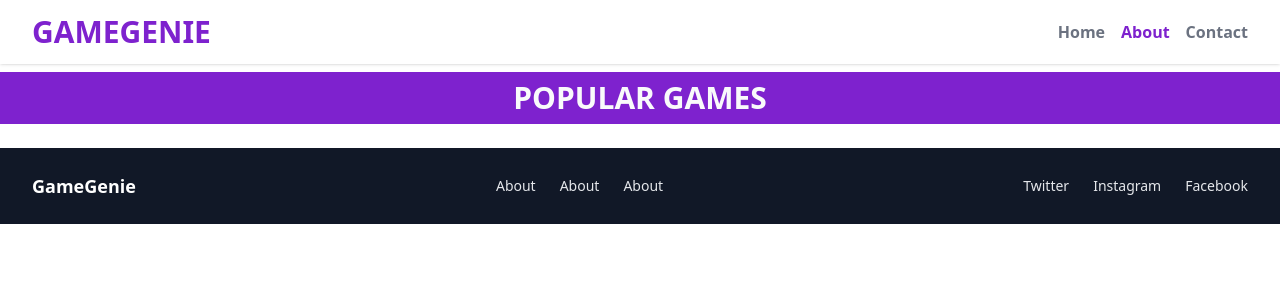
Repository: mfaeezshabbir/Gamegenie
Page: /allGames
An editor plug-in stored every save of this project. The page is shown before and after the next save, followed by the edit.
The browser window is 1280 px wide. The pictures show the whole page.
The page's requests for data from a server got no answer. The project was rebuilt for these pictures with package versions that can differ from the ones it lists, and the page was loaded fresh each time. The framework's server and built-in components were replaced by stand-ins that run in the browser. No one was signed in, and anything a server would have sent is missing. Also part of the build but not shown: next.config.js, components/GameCard/GameCard.jsx.

Above is the page before, as saved 2023-04-18 15:48:26.

### pages/_app.js
import Footer from "@/components/Footer/Footer";
import Header from "@/components/Header/Header";
import "@/styles/globals.css";

export default function App({ Component, pageProps }) {
  return (
    <>
      <Header />
      <Component {...pageProps} />
      <Footer />
    </>
  );
}

### pages/allGames.jsx
import { useEffect, useState } from "react";
import axios from "axios";
import GameCard from "../components/GameCard/GameCard";

export default function Home() {
  const [games, setGames] = useState([]);

  useEffect(() => {
    axios
      .get("/api/games")
      .then((response) => {
        setGames(response.data);
      })
      .catch((error) => {
        console.error(error);
      });
  }, []);

  return (
    <div className=" mt-2 " >
      <h1 className="text-3xl text-center bg-purple-700 p-2 uppercase font-bold text-gray-50 " >Popular Games</h1><br />
      <div className="grid grid-cols-1 sm:grid-cols-2 lg:grid-cols-3 gap-4">
        {games.map((game) => (
          <GameCard key={game.name} game={game} />
        ))}
      </div>
    </div>
  );
}

### components/Footer/Footer.jsx
import Link from 'next/link';

function Footer() {
  return (
    <footer className="bg-gray-900 text-gray-200 py-6 w-full">
      <div className="max-w-7xl mx-auto px-4 sm:px-6 lg:px-8 flex flex-wrap justify-between items-center">
        <div className="w-full sm:w-auto mb-4 sm:mb-0">
          <Link href="/" className="text-lg font-bold text-white hover:text-gray-400 transition-colors duration-300">
            GameGenie
          </Link>
        </div>
        <div className="w-full sm:w-auto text-sm">
          <ul className="flex flex-wrap gap-6">
            <li>
              <Link href="/about" className="hover:text-gray-400 transition-colors duration-300">
                About
              </Link>
            </li>
            <li>
              <Link href="/about" className="hover:text-gray-400 transition-colors duration-300">
                About
              </Link>
            </li>
            <li>
              <Link href="/about" className="hover:text-gray-400 transition-colors duration-300">
                About
              </Link>
            </li>
          </ul>
        </div>
        <div className="w-full sm:w-auto text-sm">
          <ul className="flex flex-wrap gap-6">
            <li>
              <a href="https://twitter.com/GameGenie" target="_blank" rel="noopener noreferrer" className="hover:text-gray-400 transition-colors duration-300">
                Twitter
              </a>
            </li>
            <li>
              <a href="https://www.instagram.com/GameGenie" target="_blank" rel="noopener noreferrer" className="hover:text-gray-400 transition-colors duration-300">
                Instagram
              </a>
            </li>
            <li>
              <a href="https://www.facebook.com/GameGenie" target="_blank" rel="noopener noreferrer" className="hover:text-gray-400 transition-colors duration-300">
                Facebook
              </a>
            </li>
          </ul>
        </div>
      </div>
    </footer>
  );
}

export default Footer;

### components/Header/Header.jsx
import React, { useState } from 'react';
import Link from 'next/link';
import { useRouter } from 'next/router';

function NavItem({ href, children, active }) {
    return (
        <Link href={href}>
            <div className={`text-gray-500 hover:text-gray-900 ${active ? 'text-purple-700' : ''}`}>
                {children}
            </div>
        </Link>
    );
}

function Header() {
    const [isMenuOpen, setIsMenuOpen] = useState(false);

    const toggleMenu = () => {
        setIsMenuOpen(prevState => !prevState);
    };

    const links = [
        { href: '/', text: 'Home' },
        { href: '/allGames', text: 'About' },
        { href: '/profile', text: 'Contact' },
    ];

    const currentPath = useRouter().pathname;

    const MobileMenu = () => (
        <div className={`${isMenuOpen ? 'block' : 'hidden'} md:hidden`} id="mobile-menu">
            <div className="px-2 pt-2 pb-3 space-y-1 sm:px-3">
                {links.map(link => (
                    <NavItem
                        key={link.href}
                        href={link.href}
                        active={link.href === currentPath}
                    >
                        {link.text}
                    </NavItem>
                ))}
            </div>
        </div>
    );

    return (
        <>
            <header className="bg-white shadow fixed w-full z-10">
                <div className="max-w-7xl mx-auto px-4 sm:px-6 lg:px-8">
                    <nav className="flex justify-between items-center h-16">
                        <div className="flex-shrink-0 text-3xl text-purple-700 uppercase font-bold">
                            <Link href="/">
                                {/* <Logo className="h-6 w-6" alt="GameGenie logo" /> */}
                                Gamegenie
                            </Link>
                        </div>
                        <div className="hidden md:block">
                            <div className="ml-10 flex items-baseline space-x-4 font-semibold ">
                                {links.map(link => (
                                    <NavItem
                                        key={link.href}
                                        href={link.href}
                                        active={link.href === currentPath}
                                    >
                                        {link.text}
                                    </NavItem>
                                ))}
                            </div>
                        </div>
                        <div className="-mr-2 flex md:hidden">
                            <button
                                type="button"
                                onClick={toggleMenu}
                                className="inline-flex items-center justify-center p-2 rounded-md text-gray-400 hover:text-gray-500 hover:bg-gray-100 focus:outline-none focus:ring-2 focus:ring-offset-2 focus:ring-offset-gray-100 focus:ring-indigo-500"
                                aria-controls="mobile-menu"
                                aria-expanded="false"
                            >
                                <span className="sr-only">Open main menu</span>
                                <svg
                                    className={`${isMenuOpen ? 'hidden' : 'block'} h-6 w-6`}
                                    xmlns="http://www.w3.org/2000/svg"
                                    fill="none"
                                    viewBox="0 0 24 24"
                                    stroke="currentColor"
                                    aria-hidden="true"
                                >
                                    <path strokeLinecap="round" strokeLinejoin="round" strokeWidth="2" d="M4 6h16M4 12h16M4 18h16" />
                                </svg>
                                <svg className={`${isMenuOpen ? 'block' : 'hidden'} h-6 w-6`}
                                    xmlns="http://www.w3.org/2000/svg"
                                    fill="none"
                                    viewBox="0 0 24 24"
                                    stroke="currentColor"
                                    aria-hidden="true"
                                >
                                    <path strokeLinecap="round" strokeLinejoin="round" strokeWidth="2" d="M6 18L18 6M6 6l12 12" />
                                </svg>
                            </button>
                        </div>
                    </nav>
                </div>
                <MobileMenu />
            </header>
            <div className="h-16" />
        </>
    );
}

export default Header;

### styles/globals.css
@tailwind base;
@tailwind components;
@tailwind utilities;

:root::-webkit-scrollbar{
    display: none;
}

Loaded but not shown: pages/_document.js (common file); tailwind.config.js (common file)

After the next save:
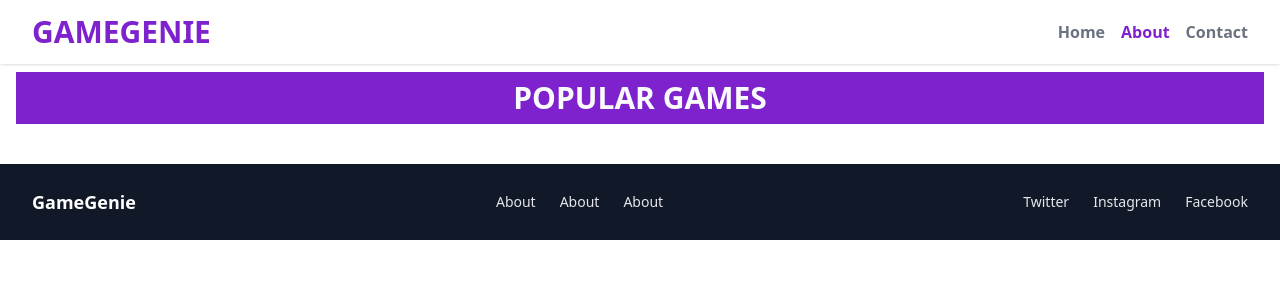
Saved 4 s later.
--- a/pages/allGames.jsx
+++ b/pages/allGames.jsx
@@ -17,7 +17,7 @@
   }, []);
 
   return (
-    <div className=" mt-2 " >
+    <div className=" mt-2 m-4" >
       <h1 className="text-3xl text-center bg-purple-700 p-2 uppercase font-bold text-gray-50 " >Popular Games</h1><br />
       <div className="grid grid-cols-1 sm:grid-cols-2 lg:grid-cols-3 gap-4">
         {games.map((game) => (

After the save that followed:
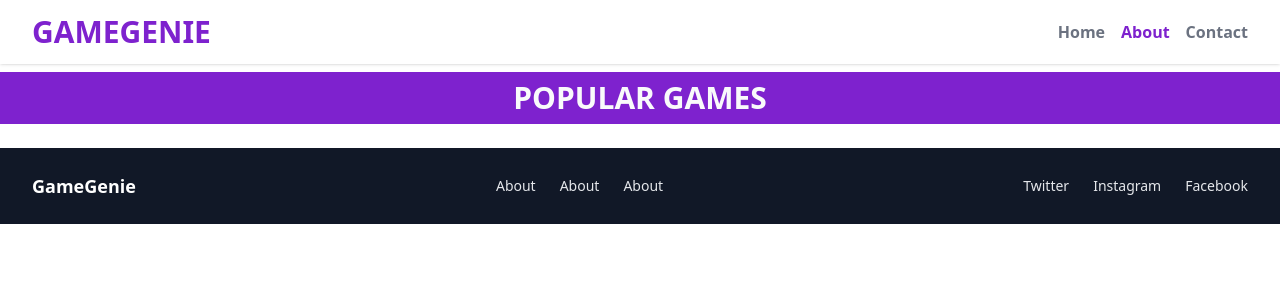
Saved 4 min 51 s later.
--- a/pages/allGames.jsx
+++ b/pages/allGames.jsx
@@ -17,7 +17,7 @@
   }, []);
 
   return (
-    <div className=" mt-2 m-4" >
+    <div className=" mt-2" >
       <h1 className="text-3xl text-center bg-purple-700 p-2 uppercase font-bold text-gray-50 " >Popular Games</h1><br />
       <div className="grid grid-cols-1 sm:grid-cols-2 lg:grid-cols-3 gap-4">
         {games.map((game) => (
